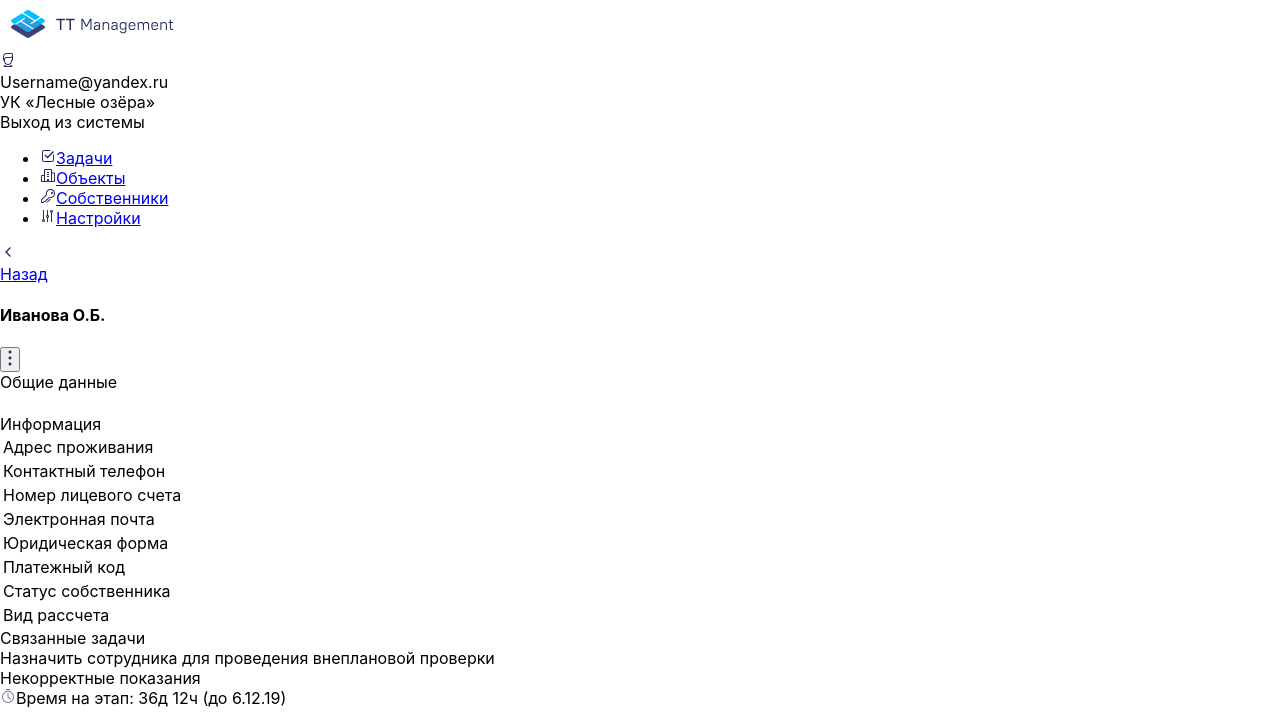
Repository: TryBr/tt-management
Page: /owners/1
The author's editor kept a copy of each file at every save. The page is drawn from the files as they stood at one save, then again after the next save.
The browser window is 1280 px wide. The pictures show the whole page.
The project was rebuilt for these pictures with package versions that can differ from the ones it lists, and the page was loaded fresh each time. Also part of the build but not shown: src/App.css, src/TaskDetail.js, src/Owners.js, src/OwnerEdit.js.

Above is the page before, as saved 2020-07-21 10:17:34.

### public/index.html
<!DOCTYPE html>
<html lang="en">
  <head>
    <meta charset="utf-8" />
    <link rel="icon" href="%PUBLIC_URL%/favicon.ico" />
    <meta name="viewport" content="width=device-width, initial-scale=1" />
    <meta name="theme-color" content="#000000" />
    <meta
      name="description"
      content="Web site created using create-react-app"
    />
    <link rel="apple-touch-icon" href="%PUBLIC_URL%/logo192.png" />
    <!--
      manifest.json provides metadata used when your web app is installed on a
      user's mobile device or desktop. See https://developers.google.com/web/fundamentals/web-app-manifest/
    -->
    <link rel="manifest" href="%PUBLIC_URL%/manifest.json" />
    <!--
      Notice the use of %PUBLIC_URL% in the tags above.
      It will be replaced with the URL of the `public` folder during the build.
      Only files inside the `public` folder can be referenced from the HTML.

      Unlike "/favicon.ico" or "favicon.ico", "%PUBLIC_URL%/favicon.ico" will
      work correctly both with client-side routing and a non-root public URL.
      Learn how to configure a non-root public URL by running `npm run build`.
    -->
    <title>TT Management</title>
  </head>
  <body>
    <noscript>You need to enable JavaScript to run this app.</noscript>
    <div id="root"></div>
    <!--
      This HTML file is a template.
      If you open it directly in the browser, you will see an empty page.

      You can add webfonts, meta tags, or analytics to this file.
      The build step will place the bundled scripts into the <body> tag.

      To begin the development, run `npm start` or `yarn start`.
      To create a production bundle, use `npm run build` or `yarn build`.
    -->
  </body>
</html>

### src/OwnerDetail.js
import React, { Fragment } from "react";

import { Progress, PageHeader, Select, Row, Col ,
    Steps, Comment, Avatar, Form, Button, List, Input, Table, Tabs } from 'antd';

    import {
        Link,
        useParams,
        useRouteMatch
    } from "react-router-dom";


const { TabPane } = Tabs;
const { Column } = Table;

// name: 'Причина задачи',
// info: 'Малое потребление холодной воды'

const tableColumns = [
    {
        label: 'Адрес проживания',
    },
    {
        label: 'Контактный телефон',
    },
    {
        label: 'Номер лицевого счета',
    },
    {
        label: 'Электронная почта',
    },
    {
        label: 'Юридическая форма',
    },
    {
        label: 'Платежный код',
    },
    {
        label: 'Статус собственника',
    },
    {
        label: 'Вид рассчета',
    },
];


const BackIcon = () => (
    <svg width="16" height="16" viewBox="0 0 16 16" fill="none" xmlns="http://www.w3.org/2000/svg">
    <path fill-rule="evenodd" clip-rule="evenodd" d="M9.5 3.49994C9.77614 3.2238 10.2239 3.2238 10.5 3.49994C10.7761 3.77608 10.7761 4.2238 10.5 4.49994L7 7.99994L10.5 11.4999C10.7761 11.7761 10.7761 12.2238 10.5 12.4999C10.2239 12.7761 9.77614 12.7761 9.5 12.4999L5 7.99994L9.5 3.49994Z" fill="#272F5A"/>
    </svg>
);

const TimeIcon = () => (
    <svg className="time-icon" width="16" height="16" viewBox="0 0 16 16" fill="none" xmlns="http://www.w3.org/2000/svg">
    <path fill-rule="evenodd" clip-rule="evenodd" d="M6 1H10V2H8.5V3.02054C11.5798 3.27461 14 5.85467 14 9C14 12.3137 11.3137 15 8 15C4.68629 15 2 12.3137 2 9C2 5.85467 4.42023 3.27461 7.5 3.02054V2H6V1ZM13 9C13 11.7614 10.7614 14 8 14C5.23858 14 3 11.7614 3 9C3 6.23858 5.23858 4 8 4C10.7614 4 13 6.23858 13 9ZM7.5 5V9V9.23419L7.67991 9.38411L10.3598 11.7682L11 11L8.5 8.76581V5H7.5Z" fill="#272F5A" fill-opacity="0.6"/>
    </svg>
);

const EditIcon = () => (
    <svg width="4" height="16" viewBox="0 0 4 16" fill="none" xmlns="http://www.w3.org/2000/svg">
    <path fill-rule="evenodd" clip-rule="evenodd" d="M3.5 2C3.5 2.82843 2.82843 3.5 2 3.5C1.17157 3.5 0.5 2.82843 0.5 2C0.5 1.17157 1.17157 0.5 2 0.5C2.82843 0.5 3.5 1.17157 3.5 2ZM3.5 8C3.5 8.82843 2.82843 9.5 2 9.5C1.17157 9.5 0.5 8.82843 0.5 8C0.5 7.17157 1.17157 6.5 2 6.5C2.82843 6.5 3.5 7.17157 3.5 8ZM2 15.5C2.82843 15.5 3.5 14.8284 3.5 14C3.5 13.1716 2.82843 12.5 2 12.5C1.17157 12.5 0.5 13.1716 0.5 14C0.5 14.8284 1.17157 15.5 2 15.5Z" fill="#272F5A"/>
    </svg>
);

const Owner = ({ owner }) => {

    let { id } = useParams();
    let { url } = useRouteMatch();

    return (
        <div className="owner-detail">
            <Link to={`/owners`}>
                <PageHeader
                    className="site-page-header"
                    onBack={() => null}
                    title="Назад"
                    backIcon={<BackIcon />}
                />
            </Link>
            <h1 className="page-title">{owner[id].fio}</h1>
            <Link to={`${url}/edit`}>
                <Button type="default" className="button-edit" icon={<EditIcon />}></Button>
            </Link>
            <Tabs defaultActiveKey="1">
                <TabPane tab="Общие данные" key="1">
                    <Row>
                        <Col span={16}>
                            <div className="owner-information">
                                <div className="title">Информация</div>

                                <table>
                                    <tr>
                                        <td>{tableColumns[0].label}</td>
                                        <td></td>
                                    </tr>
                                    <tr>
                                        <td>{tableColumns[1].label}</td>
                                        <td></td>
                                    </tr>
                                    <tr>
                                        <td>{tableColumns[2].label}</td>
                                        <td></td>
                                    </tr>
                                    <tr>
                                        <td>{tableColumns[3].label}</td>
                                        <td></td>
                                    </tr>
                                    <tr>
                                        <td>{tableColumns[4].label}</td>
                                        <td></td>
                                    </tr>
                                    <tr>
                                        <td>{tableColumns[5].label}</td>
                                        <td></td>
                                    </tr>
                                    <tr>
                                        <td>{tableColumns[6].label}</td>
                                        <td></td>
                                    </tr>
                                    <tr>
                                        <td>{tableColumns[7].label}</td>
                                        <td></td>
                                    </tr>
                                </table>
                            </div>
                        </Col>
                        <Col span={8}>
                            <div className="owner-tasks">
                                <div className="title">Связанные задачи</div>
                                <div className="task">
                                    <div className="task-title">
                                        Назначить сотрудника для проведения внеплановой проверки
                                    </div>
                                    <div className="task-subtitle">
                                        Некорректные показания
                                    </div>
                                    <div className="task-time">
                                        <TimeIcon />
                                        <span className="time-title">Время на этап: 36д 12ч (до 6.12.19)</span>
                                    </div>
                                </div>
                            </div>
                        </Col>
                    </Row>
                </TabPane>
            </Tabs>
        </div>
    );

}

export default Owner;

Loaded but not shown: src/index.js (common file); src/index.css (common file); src/serviceWorker.js (common file); src/App.js (201 lines, source omitted)

After the next save:
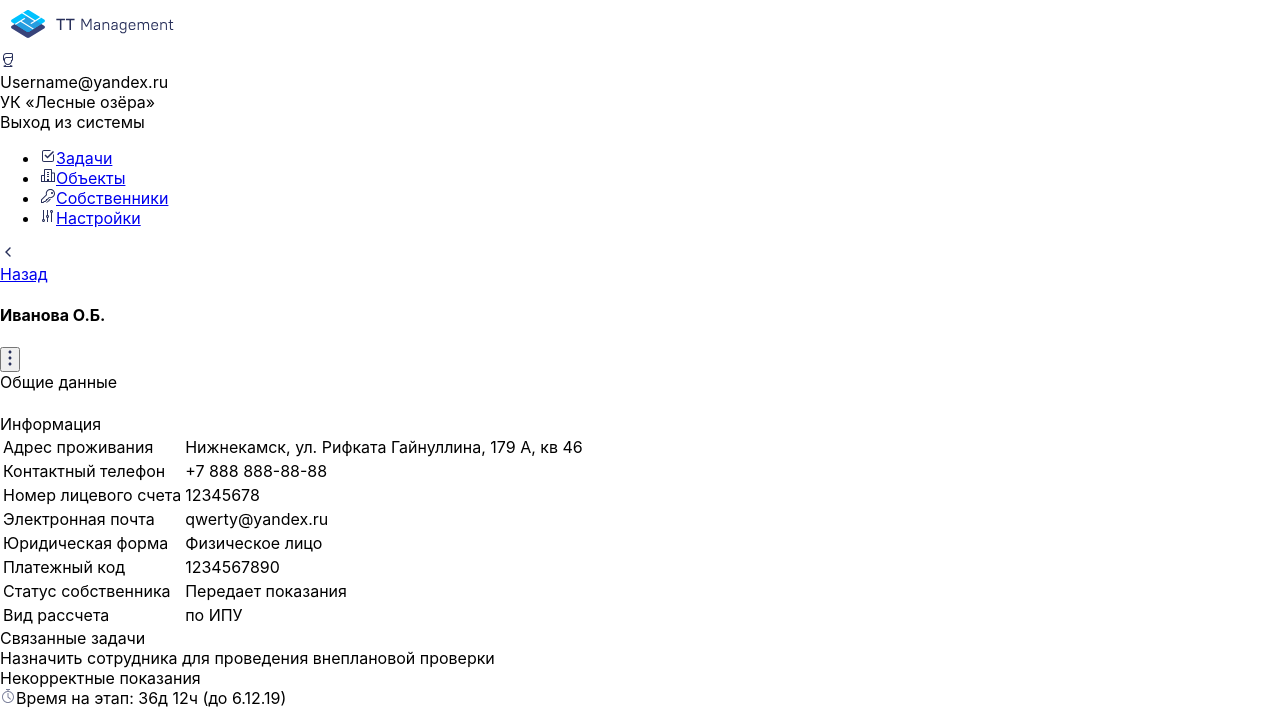
Saved 3 min 14 s later.
--- a/src/OwnerDetail.js
+++ b/src/OwnerDetail.js
@@ -91,35 +91,35 @@ const Owner = ({ owner }) => {
                                 <table>
                                     <tr>
                                         <td>{tableColumns[0].label}</td>
-                                        <td></td>
+                                        <td>{owner[id].address}</td>
                                     </tr>
                                     <tr>
                                         <td>{tableColumns[1].label}</td>
-                                        <td></td>
+                                        <td>{owner[id].phone}</td>
                                     </tr>
                                     <tr>
                                         <td>{tableColumns[2].label}</td>
-                                        <td></td>
+                                        <td>{owner[id].accountNumber}</td>
                                     </tr>
                                     <tr>
                                         <td>{tableColumns[3].label}</td>
-                                        <td></td>
+                                        <td>{owner[id].email}</td>
                                     </tr>
                                     <tr>
                                         <td>{tableColumns[4].label}</td>
-                                        <td></td>
+                                        <td>{owner[id].legalForm}</td>
                                     </tr>
                                     <tr>
                                         <td>{tableColumns[5].label}</td>
-                                        <td></td>
+                                        <td>{owner[id].payCode}</td>
                                     </tr>
                                     <tr>
                                         <td>{tableColumns[6].label}</td>
-                                        <td></td>
+                                        <td>{owner[id].ownStatus}</td>
                                     </tr>
                                     <tr>
                                         <td>{tableColumns[7].label}</td>
-                                        <td></td>
+                                        <td>{owner[id].payType}</td>
                                     </tr>
                                 </table>
                             </div>
